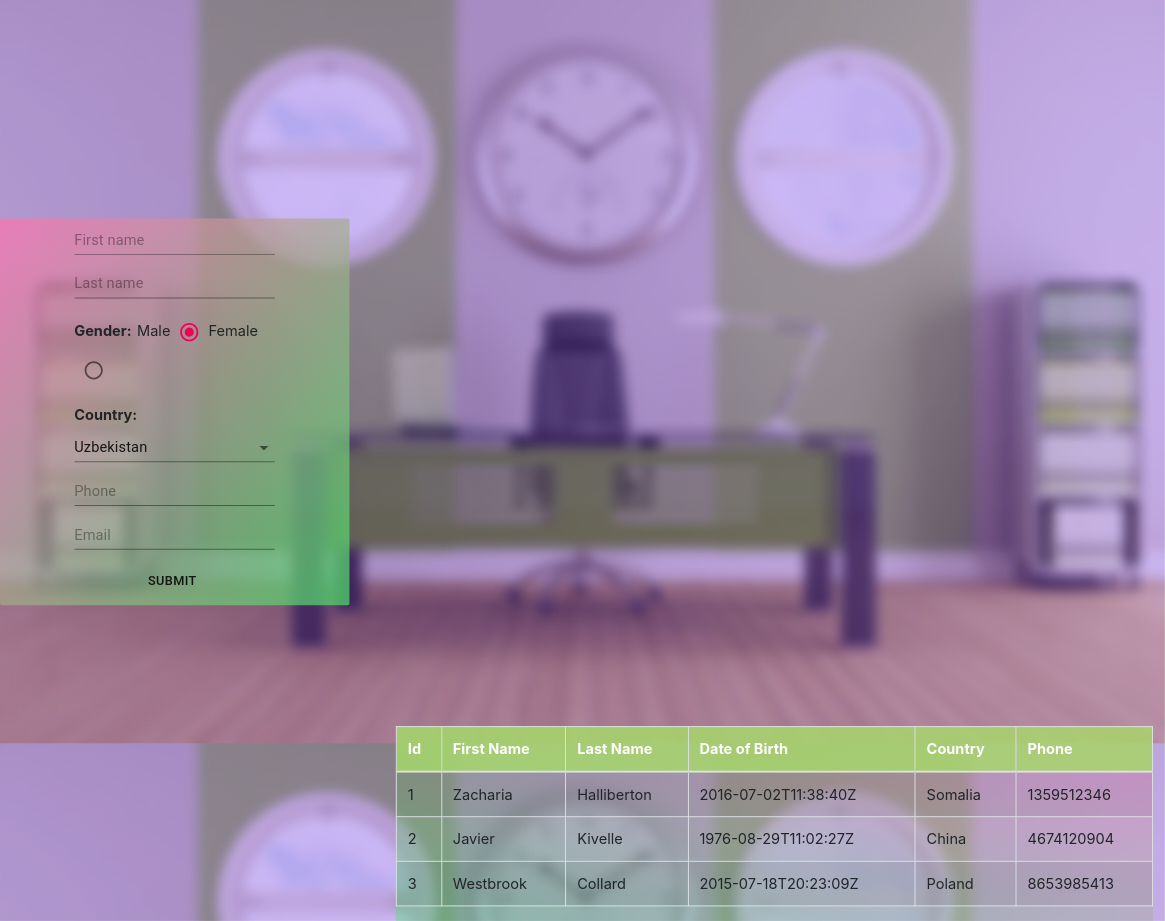
Repository: abrorsaidov/table-table
Page: /
These files come from the project's save history. The page is drawn as it stood at one moment and after the next save; the edit follows.
The browser window is 1280 px wide. The pictures show the whole page, at 91% of full size.
Backgrounds fixed to the window are drawn as part of the page. The project was rebuilt for these pictures with package versions that can differ from the ones it lists, and the page was loaded fresh each time. Also part of the build but not shown: src/components/ComponentC.js.

Above is the page before, as saved 2020-12-05 01:15:57.

After the next save:
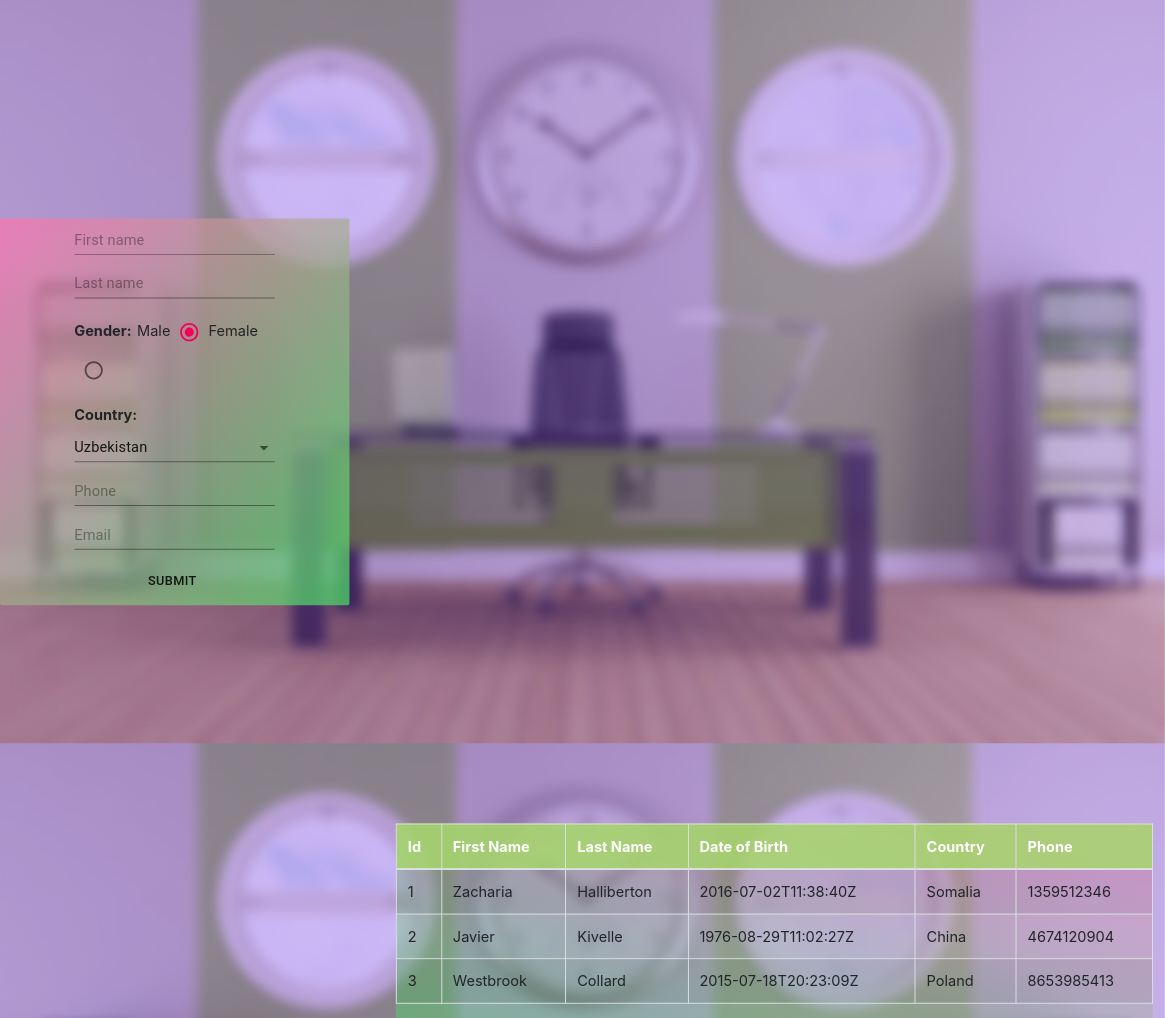
Saved 11 s later.
--- a/src/App.css
+++ b/src/App.css
@@ -83,7 +83,7 @@ option {
   position: absolute;
   width: 65%;
   margin-top: 15em;
-  transform: translateY(-50%);
+  /* transform: translateY(-50%); */
   right: 1%;
   /* justify-content: center;
   display: flex; */
